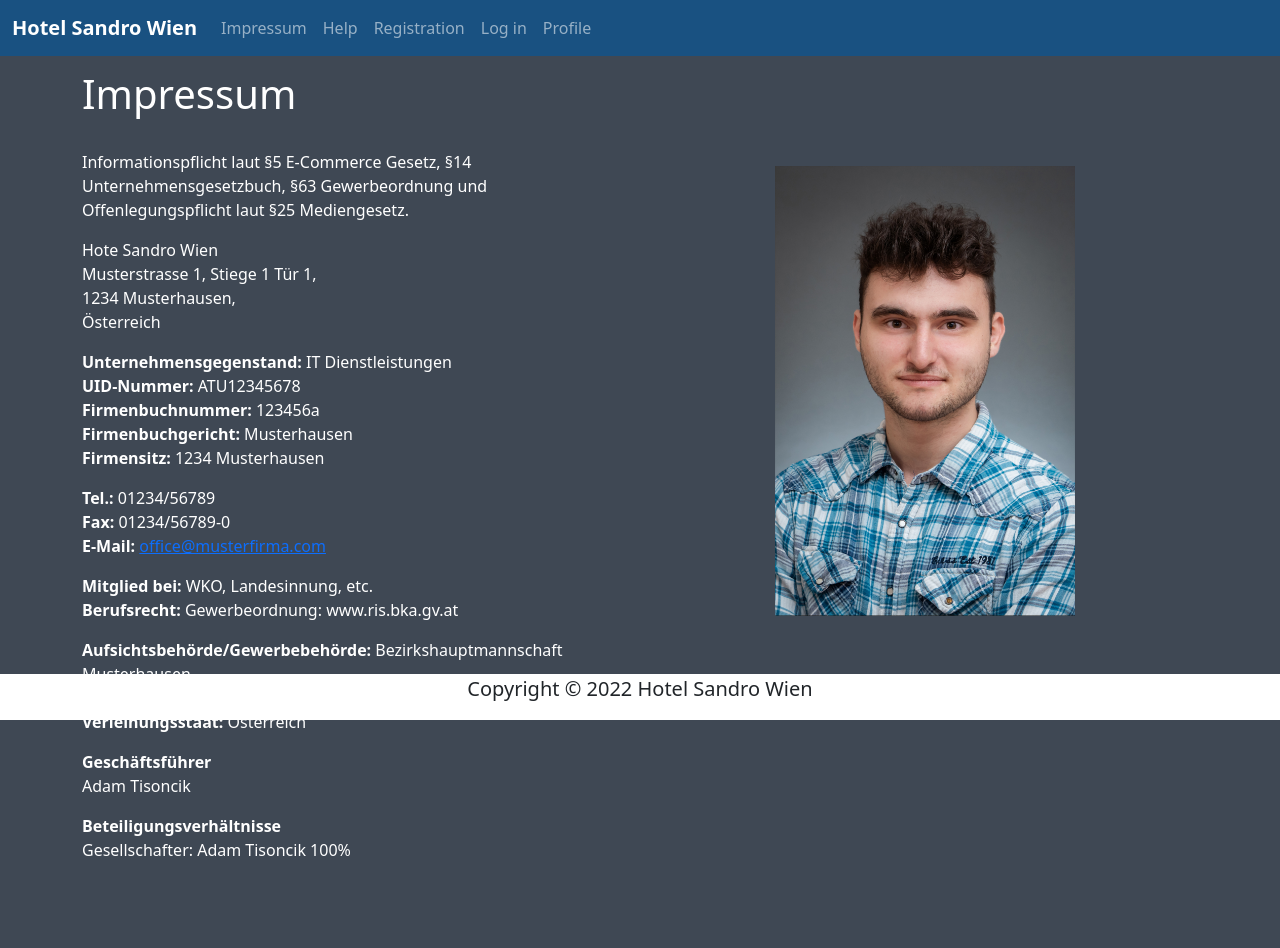
Repository: TIS0N/Hotel_Sandro
Page: http://localhost/inc/impressum.php
The author's editor kept a copy of each file at every save. The page is drawn from the files as they stood at one save, then again after the next save.
The browser window is 1280 px wide. The pictures show the whole page.
The page is run by PHP 8.4 with error messages shown; the project is at /var/www/html/.

Above is the page before, as saved 2023-01-10 19:54:01.

After the next save:
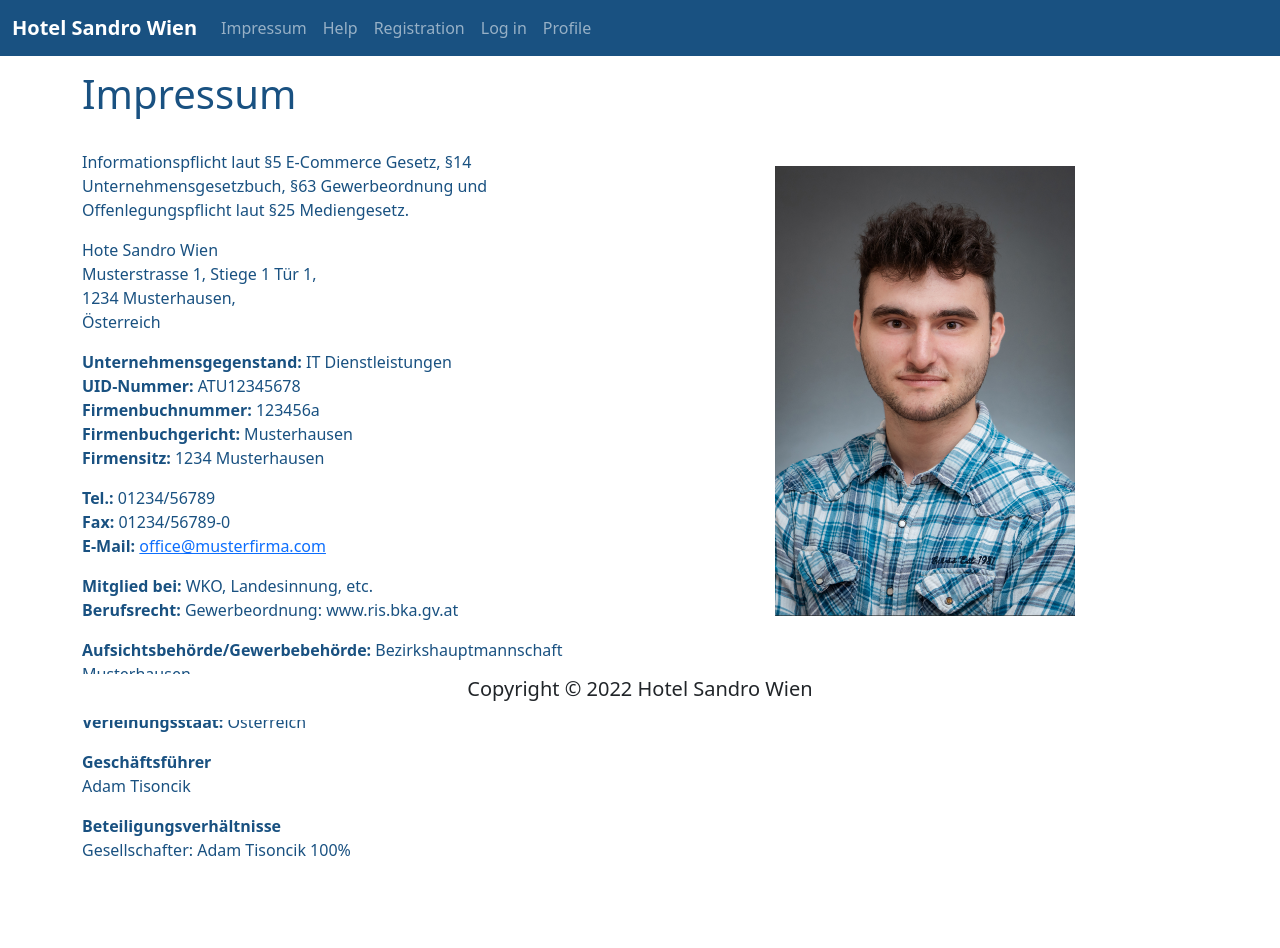
Saved 80 s later.
--- a/res/css/stylesheet.css
+++ b/res/css/stylesheet.css
@@ -1,7 +1,7 @@
 body{
     /*background-color: rgb(63, 72, 84);*/
-    background-color:rgb(63, 72, 84);
-    color: white;
+    background-color: white;
+    color: #195181;
     padding-top: 70px;
     padding-bottom: 70px;
     text-align: center;
